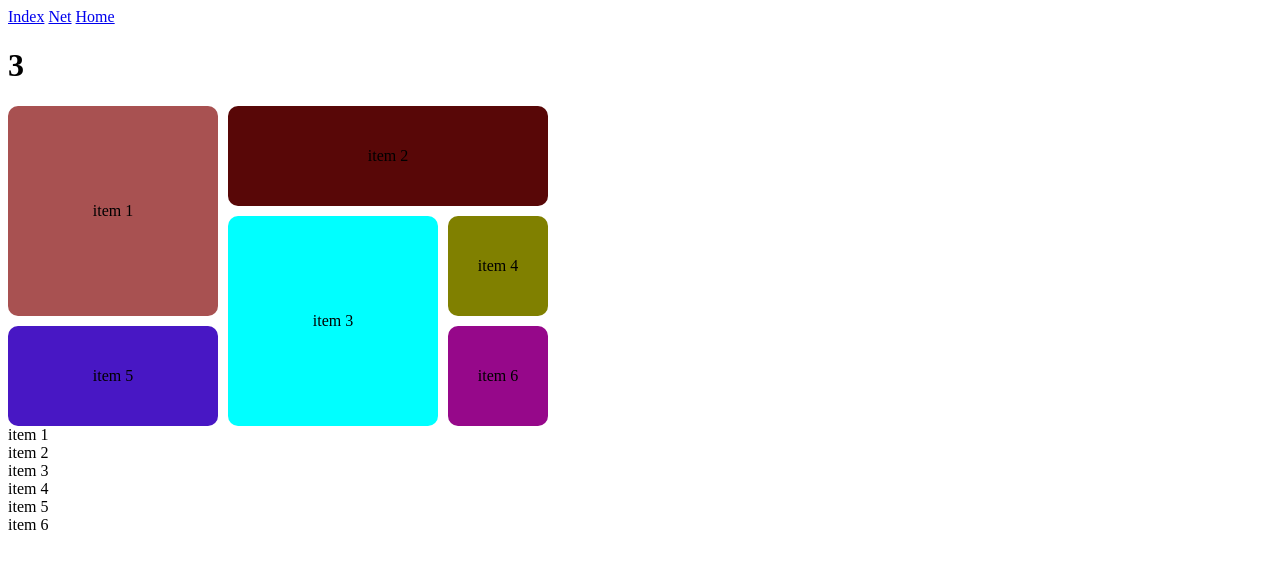
Repository: Nguyen-Toan-2004/du-an-test
Page: product.htm
These files come from the project's save history. The page is drawn as it stood at one moment and after a run of saves; the edit follows.
The browser window is 1280 px wide. The pictures show the whole page.

Above is the page before, as saved 2025-10-22 21:36:06.

After the next 11 saves:
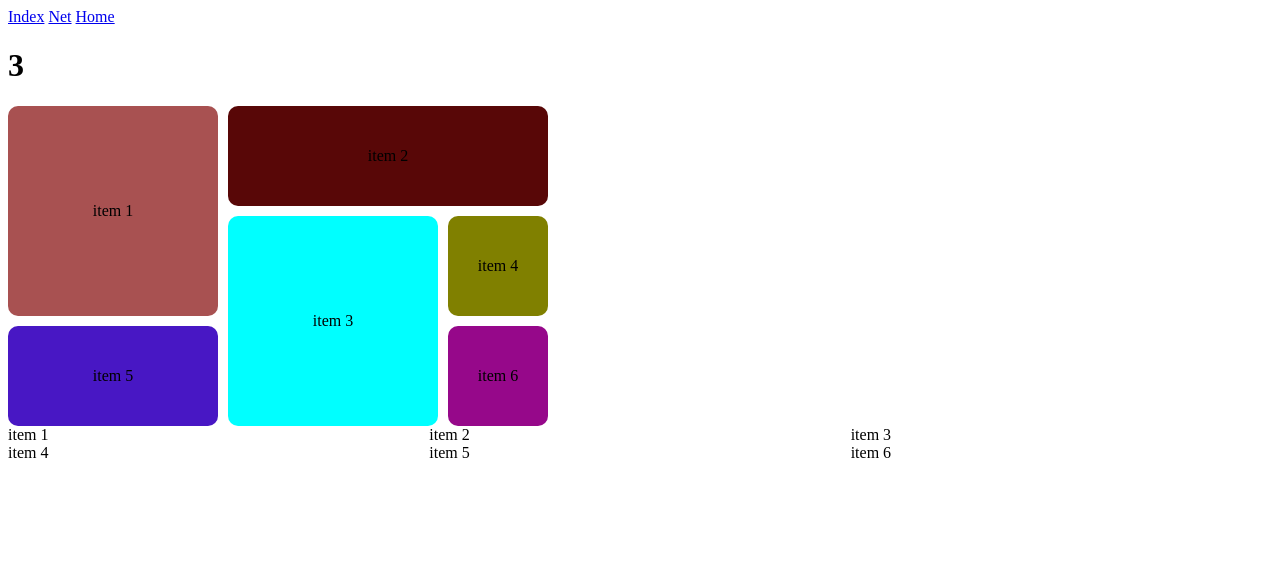
The 11 saves are shown as one change because they came seconds apart.
The last was saved 28 s later.
--- a/product.htm
+++ b/product.htm
@@ -55,7 +55,9 @@
       }
       .container1{
         display: grid;
-        grid-template-areas: ;
+        grid-template-areas:
+        "1 1 1"
+        ;
 
       }
     </style>
